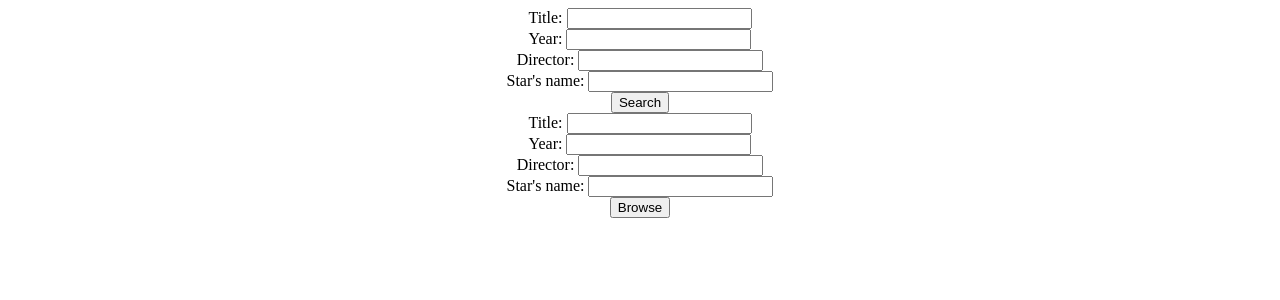
Repository: xzou4/CS221b
Page: fablix/WebContent/main.html
The author's editor kept a copy of each file at every save. The page is drawn from the files as they stood at one save, then again after the next save.
The browser window is 1280 px wide. The pictures show the whole page.

Above is the page before, as saved 2017-02-09 18:06:27.

### fablix/WebContent/main.html
<!DOCTYPE html>
<html>
<head>
<meta charset="UTF-8">
<title>Looking for A Movie?</title>
</head>
<body>
<FORM ACTION="search"
      METHOD="POST">
      <CENTER>
  Title: <INPUT TYPE="text" NAME="title"><BR>

  Year: <INPUT TYPE="TEXT" NAME="year"><BR>

  Director: <INPUT TYPE="TEXT" NAME="director"><BR>

  Star's name: <INPUT TYPE="TEXT" NAME="star_name"><BR>


    <INPUT TYPE="SUBMIT" VALUE="Search">
  </CENTER>
</FORM>

<title>Or Browse?</title>

<FORM ACTION="search"
      METHOD="POST">
      <CENTER>
  Title: <INPUT TYPE="text" NAME="title"><BR>

  Year: <INPUT TYPE="TEXT" NAME="year"><BR>

  Director: <INPUT TYPE="TEXT" NAME="director"><BR>

  Star's name: <INPUT TYPE="TEXT" NAME="star_name"><BR>


    <INPUT TYPE="SUBMIT" VALUE="Browse">
  </CENTER>
</FORM>
</body>
</html>

After the next save:
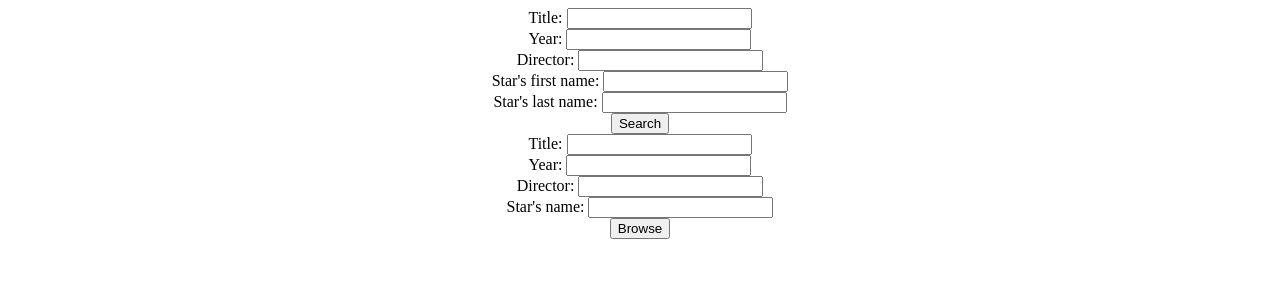
Saved 9 h 6 min later.
--- a/fablix/WebContent/main.html
+++ b/fablix/WebContent/main.html
@@ -14,8 +14,9 @@
 
   Director: <INPUT TYPE="TEXT" NAME="director"><BR>
 
-  Star's name: <INPUT TYPE="TEXT" NAME="star_name"><BR>
+  Star's first name: <INPUT TYPE="TEXT" NAME="first_name"><BR>
 
+  Star's last name: <INPUT TYPE="TEXT" NAME="last_name"><BR>
 
     <INPUT TYPE="SUBMIT" VALUE="Search">
   </CENTER>
